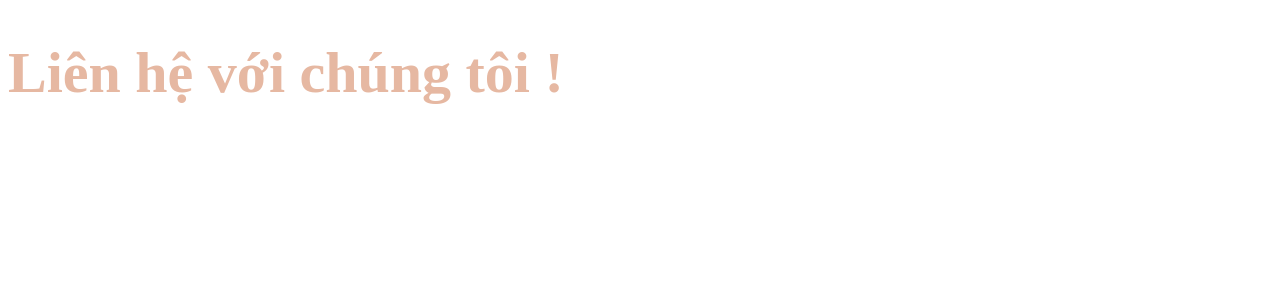
Repository: mingbeo100-boop/website_bancheonline
Page: pages/lienhe.html
These files come from the project's save history. The page is drawn as it stood at one moment and after the next save; the edit follows.
The browser window is 1280 px wide. The pictures show the whole page.

Above is the page before, as saved 2025-11-27 07:48:40.

### pages/lienhe.html
<!DOCTYPE html>
<html lang="en">

<head>
    <meta charset="UTF-8">
    <meta name="viewport" content="width=device-width, initial-scale=1.0">
    <title>Document</title>

    <style>
        h1 {
            font-family: 'Dancing Script', cursive;
            color: #E6B8A2;
            font-size: 58px;
        }
    </style>
</head>

<body>
    <h1>Liên hệ với chúng tôi !</h1>
</body>

</html>

After the next save:
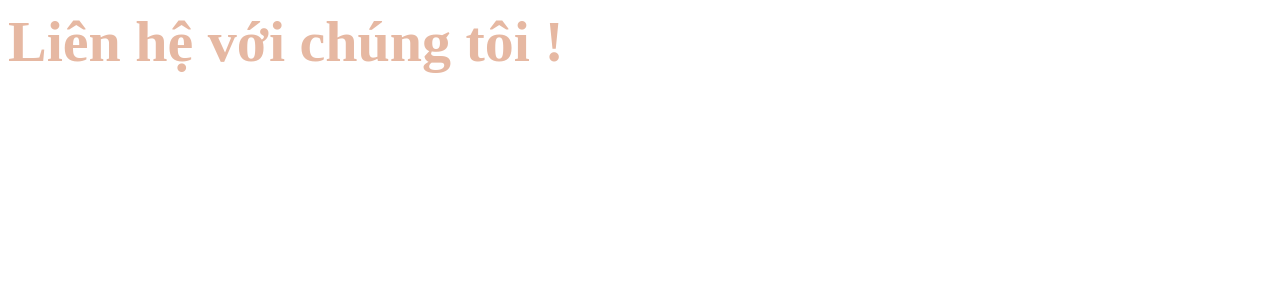
Saved 1 s later.
--- a/pages/lienhe.html
+++ b/pages/lienhe.html
@@ -1,11 +1,3 @@
-<!DOCTYPE html>
-<html lang="en">
-
-<head>
-    <meta charset="UTF-8">
-    <meta name="viewport" content="width=device-width, initial-scale=1.0">
-    <title>Document</title>
-
     <style>
         h1 {
             font-family: 'Dancing Script', cursive;
@@ -13,10 +5,5 @@
             font-size: 58px;
         }
     </style>
-</head>
 
-<body>
     <h1>Liên hệ với chúng tôi !</h1>
-</body>
-
-</html>
